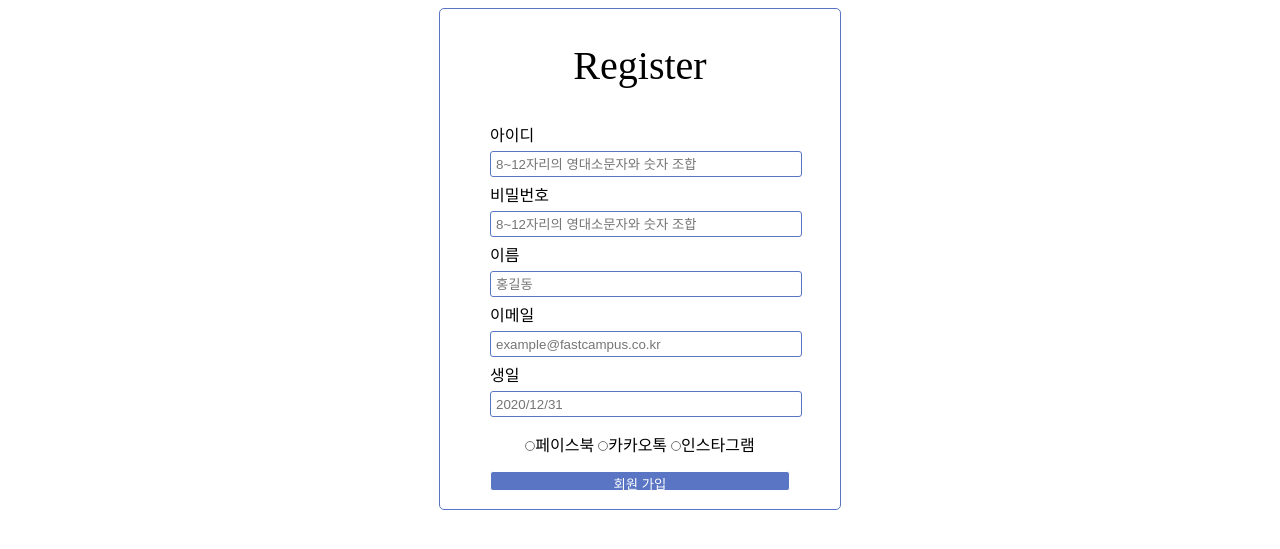
Repository: ksj2001/SpringBasic2024
Page: http://localhost/MVC_join/
These files come from the project's save history. The page is drawn as it stood at one moment and after the next save; the edit follows.
The browser window is 1280 px wide. The pictures show the whole page.
The page is served by Tomcat 9.

Above is the page before, as saved 2024-07-02 15:27:50.

After the next save:
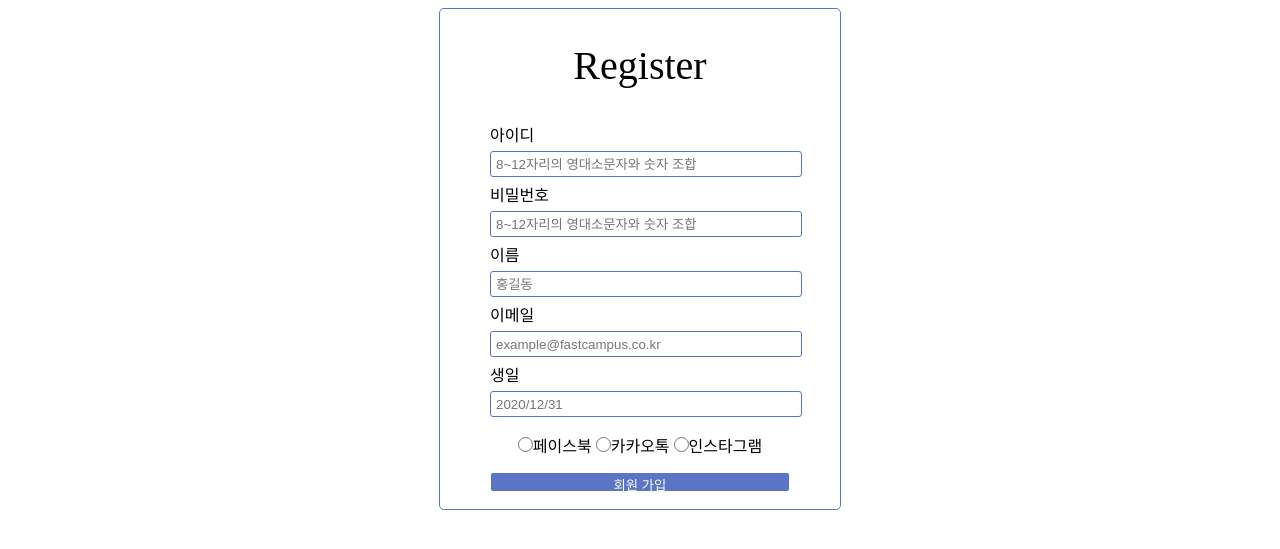
Saved 13 s later.
--- a/MVC_join/src/main/webapp/WEB-INF/views/index.jsp
+++ b/MVC_join/src/main/webapp/WEB-INF/views/index.jsp
@@ -36,8 +36,8 @@
 		text-align: center;
 	}
 	input[type=radio]{
-		width:10px;
-		height:10px;
+		width:15px;
+		height:15px;
 	}
 	input[type=submit]{
 		border-color: white;
